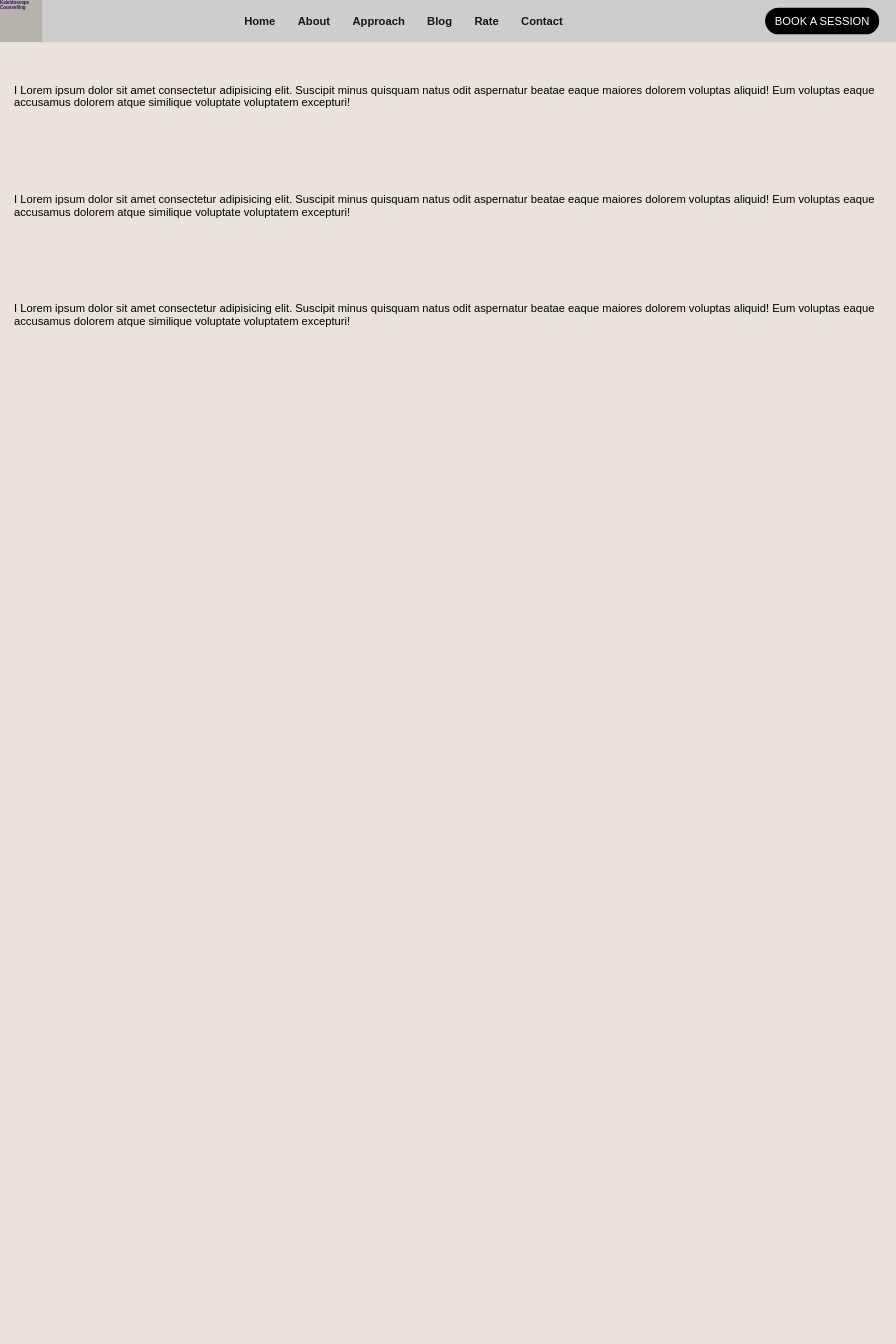
Repository: voutadi/Project1
Page: index.html
The author's editor kept a copy of each file at every save. The page is drawn from the files as they stood at one save, then again after the next save.
The browser window is 1280 px wide. The pictures show the part of the page from y = 0 to 1920 px (the page is 3120 px tall), at 70% of full size.

Above is the page before, as saved 2024-08-05 00:09:25.

### index.html
<!DOCTYPE html>
<html lang="en">
  <head>
    <meta charset="UTF-8" />
    <meta name="viewport" content="width=device-width, initial-scale=1.0" />
    <link rel="stylesheet" href="styles/style.css" />

    <title>Kaleidoscope Counselling</title>
  </head>
  <body>
    <header>
      <div class="logo-container">
        <div class="logo">
          Kaleidoscope <br />
          Counselling
        </div>
      </div>
      <nav class="navbar">
        <ul>
          <li><a href="#home">Home</a></li>
          <li><a href="https://www.psychologytoday.com/ca/therapists/ava-outadi-port-moody-bc/1111563">About</a></li>
          <li><a href="#approach">Approach</a></li>
          <li><a href="#blog">Blog</a></li>
          <li><a href="#rate">Rate</a></li>
          <li><a href="#contact">Contact</a></li>
        </ul>
      </nav>
      <button>BOOK A SESSION</button>
    </header>

    <p>
      I Lorem ipsum dolor sit amet consectetur adipisicing elit. Suscipit minus
      quisquam natus odit aspernatur beatae eaque maiores dolorem voluptas
      aliquid! Eum voluptas eaque accusamus dolorem atque similique voluptate
      voluptatem excepturi!
    </p>
    <p>
      I Lorem ipsum dolor sit amet consectetur adipisicing elit. Suscipit minus
      quisquam natus odit aspernatur beatae eaque maiores dolorem voluptas
      aliquid! Eum voluptas eaque accusamus dolorem atque similique voluptate
      voluptatem excepturi!
    </p>
    <p>
      I Lorem ipsum dolor sit amet consectetur adipisicing elit. Suscipit minus
      quisquam natus odit aspernatur beatae eaque maiores dolorem voluptas
      aliquid! Eum voluptas eaque accusamus dolorem atque similique voluptate
      voluptatem excepturi!
    </p>
  </body>
</html>

### styles/style.css
* {
  margin: 0;
  padding: 0;
  box-sizing: border-box;
}
body {
  background-color: rgb(234, 227, 220);
  height: 3000px;
  font-family: Arial, Helvetica, sans-serif;
  font-size: 1rem;
}
header {
  max-width: 100%; /*Make sure Take all of her parent element(body)on all different devices .*/
  height: 60px;
  position: fixed;
  top: 0;
  left: 0;
  right: 0;
  background-color: rgb(206, 205, 205);
  display: flex;
  justify-content: space-between;
  align-items: center;

  box-shadow: 0 2px 4px rgba(243, 172, 172, 0.15); /* Adds a subtle shadow for depth, optional */
}
.logo-container {
  width: 60px;; /* Put condition for smaller or biger divice*/
  background-color: rgb(181, 179, 172);
  height: 60px;
}
.logo {
  color: rgb(50, 21, 77);
  font-size: 0.4rem;
  font-weight: bold;
}

.navbar ul {
  display: flex;
  flex: 1;
  justify-content: center;
  list-style-type: none;
  flex-wrap: wrap;
}
.navbar li {
  margin: 1rem;
}
.navbar a {
  font-size: 1rem;
  color: rgb(23, 22, 22);
  font-weight: 700;

  text-decoration: none;
}
.navbar a:hover {
  background-color: rgb(184, 175, 175);
  padding: 5px 10px;
  border-radius: 16px;
  transition: 0.15s;
}

.navbar a:active {
  background-color: rgb(166, 162, 162);
  padding: 10px 10px;
  border-radius: 16px;
  transition: 0.15s;

}

button {
  background-color: black;
  color: white;

  font-size: 1rem;
  padding: 8px 12px;
  margin-right: 1.5rem;
  border-width: 2px;
  border-style: solid;
  border-radius: 20px;
  cursor: pointer;
}
button:hover {
  background-color: white;
  color: black;
  transition: 0.15s;
  padding: 12px 18px;
}
button:active {
  padding: 18px 24px;
}
p {
  margin-top: 120px;
  margin-left: 20px;
}
@media (max-width: 380px) {
  body {
    font-size: 0.4rem;/* Smaller font size */

  }
  button {
    font-size: 0.4rem;
    padding: 2px;
    margin-right: 0.4rem;
    border-radius: 8px;
  }
  button:hover {
    font-size: 0.4rem;
    padding: 2px;
  }
  button:active {
    padding: 3px;
  }
  .navbar li {
    margin: 0.2rem;
  }
  .navbar a {
    font-size: 0.5rem;
    margin: 0.2rem ;
  }
}


@media (max-width: 600px) {
  body {
    font-size: 0.5rem;
  } /* Smaller font size */
  button {
    font-size: 0.5rem;
    padding: 2px 4px;
    margin-right: 0.5rem;
    border-radius: 10px;
  }
  button:hover {
    font-size: 0.5rem;
    padding: 2px;
  }
  button:active {
    padding: 3px;
  }
  .navbar li {
    margin: 0.3rem;
  }
  .navbar a {
    font-size: 0.6rem;
  }
}
@media (min-width: 601px) and (max-width: 900px) {
  body {
    font-size: 0.75rem;
  } /* Smaller font size */
  button {
    font-size: 0.75rem;
    padding: 2px 4px;
    margin-right: 0.75rem;
    border-radius: 10px;
  }
  button:hover {
    font-size: 0.75rem;
    padding: 2px;
  }
  button:active {
    padding: 3px;
  }
  .navbar li {
    margin: 0.5rem;
  }
  .navbar a {
    font-size: 0.8rem;
  }
}

After the next save:
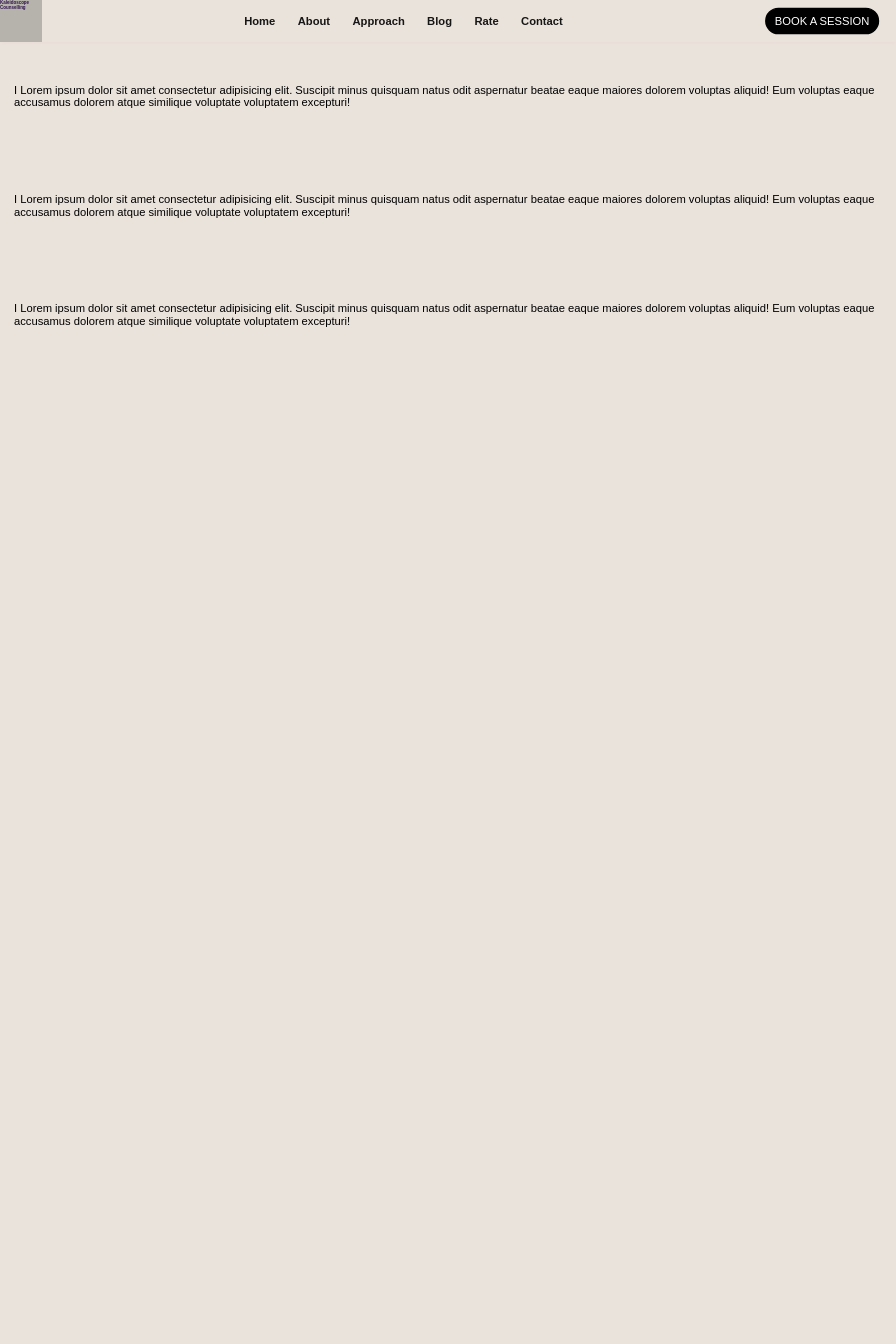
Saved 12 s later.
--- a/styles/style.css
+++ b/styles/style.css
@@ -16,7 +16,7 @@ header {
   top: 0;
   left: 0;
   right: 0;
-  background-color: rgb(206, 205, 205);
+  background-color: ;
   display: flex;
   justify-content: space-between;
   align-items: center;
